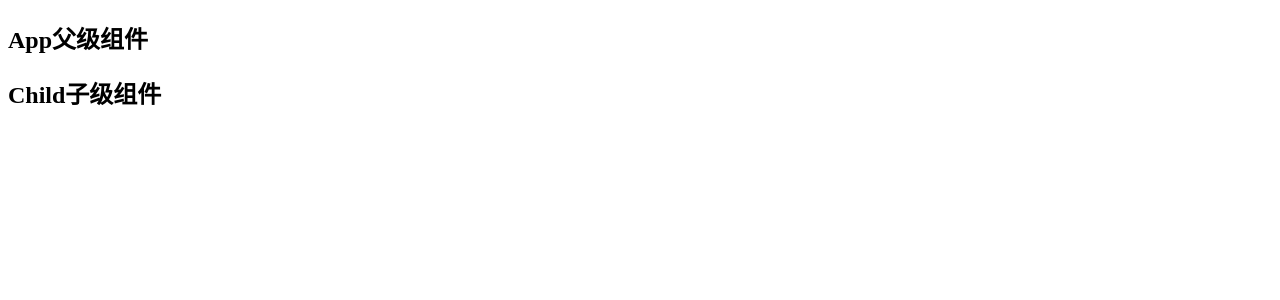
Repository: zhuhongxiang/Vue3.0-TSLeaning
Page: / (app in 04_Vue3/vue3_learning/)
An editor plug-in stored every save of this project. The page is shown before and after the next save, followed by the edit.
The browser window is 1280 px wide. The pictures show the whole page.
The project was rebuilt for these pictures with package versions that can differ from the ones it lists, and the page was loaded fresh each time.

Above is the page before, as saved 2021-07-26 15:41:11.

### 04_Vue3/vue3_learning/src/main.ts
// 程序的主入口文件，ts文件，是main.ts
// 引入createApp函数，创建对应的应用产生应用的实例对象
import { createApp } from 'vue'
// 引入App组件（所有组件的父级组件）
import App from './App.vue'
// 创建App应用返回对应的实例对象，调用mount方法进行挂载
createApp(App).mount('#app')

### 04_Vue3/vue3_learning/src/App.vue
<template>
  <h2>App父级组件</h2>
  <Child />
</template>

<script lang='ts'>
import { defineComponent, reactive } from "vue";
import Child from "./components/Child.vue";
export default defineComponent({
  name: "App",
  props: {},
  components: { Child },
  setup() {
    return {};
  },
});
</script>

<style scoped>
</style>

### 04_Vue3/vue3_learning/src/components/Child.vue
<template>
  <h2>Child子级组件</h2>
</template>

<script lang='ts'>
import { defineComponent, reactive } from "vue";
export default defineComponent({
  name: "Child",
  props: {},
  components: {},
  setup() {
    return {};
  },
});
</script>

<style scoped>
</style>

Loaded but not shown: 04_Vue3/vue3_learning/public/index.html (common file)

After the next save:
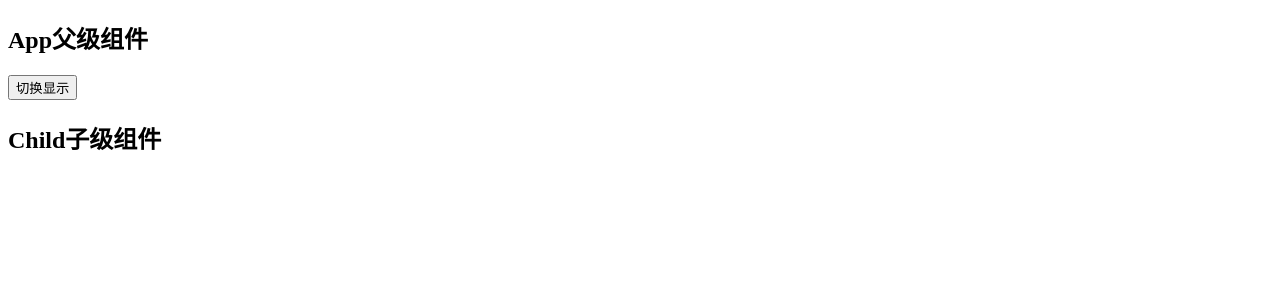
Saved 93 s later.
--- a/04_Vue3/vue3_learning/src/App.vue
+++ b/04_Vue3/vue3_learning/src/App.vue
@@ -1,17 +1,21 @@
 <template>
   <h2>App父级组件</h2>
-  <Child />
+  <button @click="isShow = !isShow">切换显示</button>
+  <Child v-if="isShow" />
 </template>
 
 <script lang='ts'>
-import { defineComponent, reactive } from "vue";
+import { defineComponent, reactive, ref } from "vue";
 import Child from "./components/Child.vue";
 export default defineComponent({
   name: "App",
   props: {},
   components: { Child },
   setup() {
-    return {};
+    const isShow = ref(true);
+    return {
+      isShow,
+    };
   },
 });
 </script>
